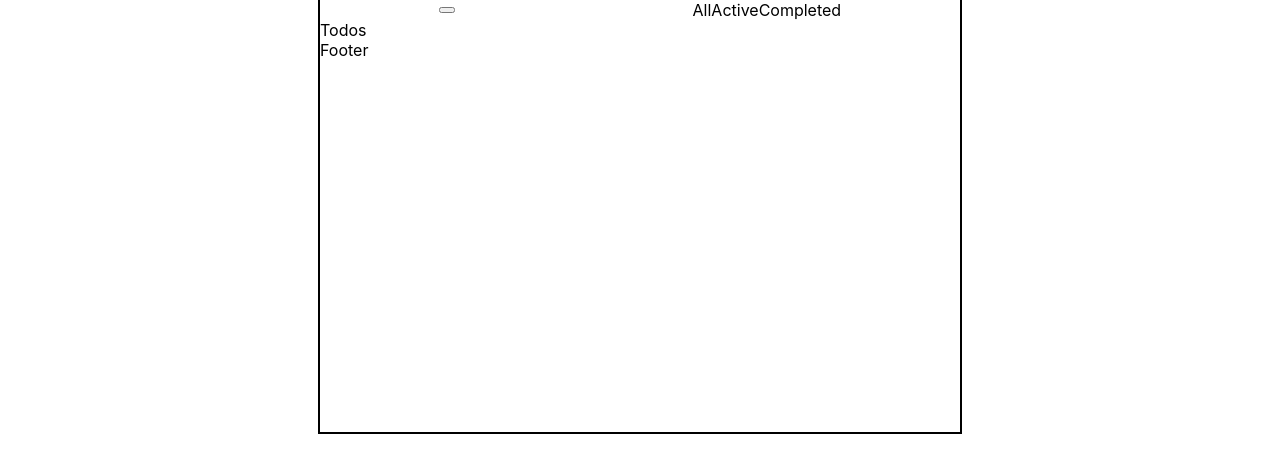
Repository: DongjaJ/React-Todo
Page: / (app in react-todo/)
An editor plug-in stored every save of this project. The page is shown before and after the next save, followed by the edit.
The browser window is 1280 px wide. The pictures show the whole page.
The project was rebuilt for these pictures with package versions that can differ from the ones it lists, and the page was loaded fresh each time.

Above is the page before, as saved 2023-05-15 13:47:32.

### react-todo/public/index.html
<!DOCTYPE html>
<html lang="en">
	<head>
		<meta charset="utf-8" />
		<link rel="icon" href="%PUBLIC_URL%/favicon.ico" />
		<meta name="viewport" content="width=device-width, initial-scale=1" />
		<meta name="theme-color" content="#000000" />
		<meta
			name="description"
			content="Web site created using create-react-app" />
		<link rel="apple-touch-icon" href="%PUBLIC_URL%/logo192.png" />
		<!--
      manifest.json provides metadata used when your web app is installed on a
      user's mobile device or desktop. See https://developers.google.com/web/fundamentals/web-app-manifest/
    -->
		<link rel="manifest" href="%PUBLIC_URL%/manifest.json" />
		<!--
      Notice the use of %PUBLIC_URL% in the tags above.
      It will be replaced with the URL of the `public` folder during the build.
      Only files inside the `public` folder can be referenced from the HTML.

      Unlike "/favicon.ico" or "favicon.ico", "%PUBLIC_URL%/favicon.ico" will
      work correctly both with client-side routing and a non-root public URL.
      Learn how to configure a non-root public URL by running `npm run build`.
    -->
		<title>📘 Todo</title>
	</head>
	<body>
		<noscript>You need to enable JavaScript to run this app.</noscript>
		<div id="root"></div>
		<!--
      This HTML file is a template.
      If you open it directly in the browser, you will see an empty page.

      You can add webfonts, meta tags, or analytics to this file.
      The build step will place the bundled scripts into the <body> tag.

      To begin the development, run `npm start` or `yarn start`.
      To create a production bundle, use `npm run build` or `yarn build`.
    --></body>
</html>

### react-todo/src/App.js
import './App.css';
import Footer from './components/Footer';
import Header from './components/Header';
import Todos from './components/Todos';

function App() {
	return (
		<div className="App">
			<Header></Header>
			<Todos></Todos>
			<Footer></Footer>
		</div>
	);
}

export default App;

### react-todo/src/App.css
body {
	display: flex;
	flex-direction: column;
	justify-content: center;
	align-items: center;
}

.App {
	outline: 2px solid black;
	width: 50vw;
	height: 60vh;
}

### react-todo/src/components/Footer.jsx
import React from 'react';

export default function Footer() {
	return <div>Footer</div>;
}

### react-todo/src/components/Header.jsx
import React from 'react';
import { BsFillSunFill, BsFillMoonFill } from 'react-icons';
import stlyes from '../styles/Header.module.css';

export default function Header() {
	return (
		<div className={stlyes.header}>
			<button></button>
			<div className={stlyes['category-section']}>
				<section>All</section>
				<section>Active</section>
				<section>Completed</section>
			</div>
		</div>
	);
}

### react-todo/src/components/Todos.jsx
import React from 'react';

export default function Todos() {
	return <div>Todos</div>;
}

### react-todo/src/styles/Header.module.css
.header {
	display: flex;
	justify-content: space-around;
	align-items: center;
}

.category-section {
	display: flex;
	justify-content: space-around;
	align-items: center;
}

Loaded but not shown: react-todo/src/index.js (common file); react-todo/src/index.css (common file); react-todo/src/reportWebVitals.js (common file)

After the next save:
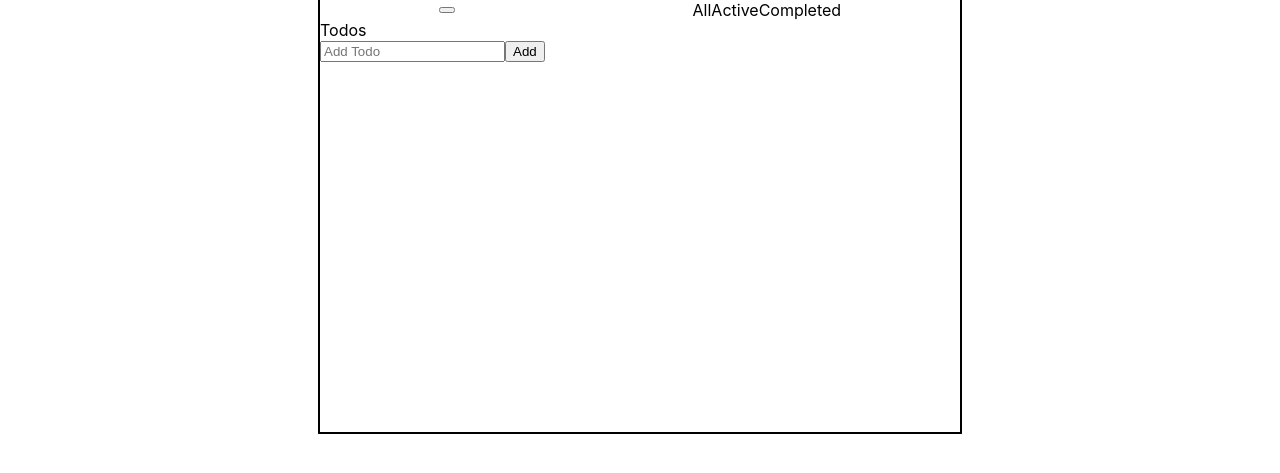
Saved 5 min 1 s later.
--- a/react-todo/src/components/Footer.jsx
+++ b/react-todo/src/components/Footer.jsx
@@ -1,5 +1,10 @@
 import React from 'react';
 
 export default function Footer() {
-	return <div>Footer</div>;
+	return (
+		<div>
+			<input placeholder="Add Todo"></input>
+			<button>Add</button>
+		</div>
+	);
 }
